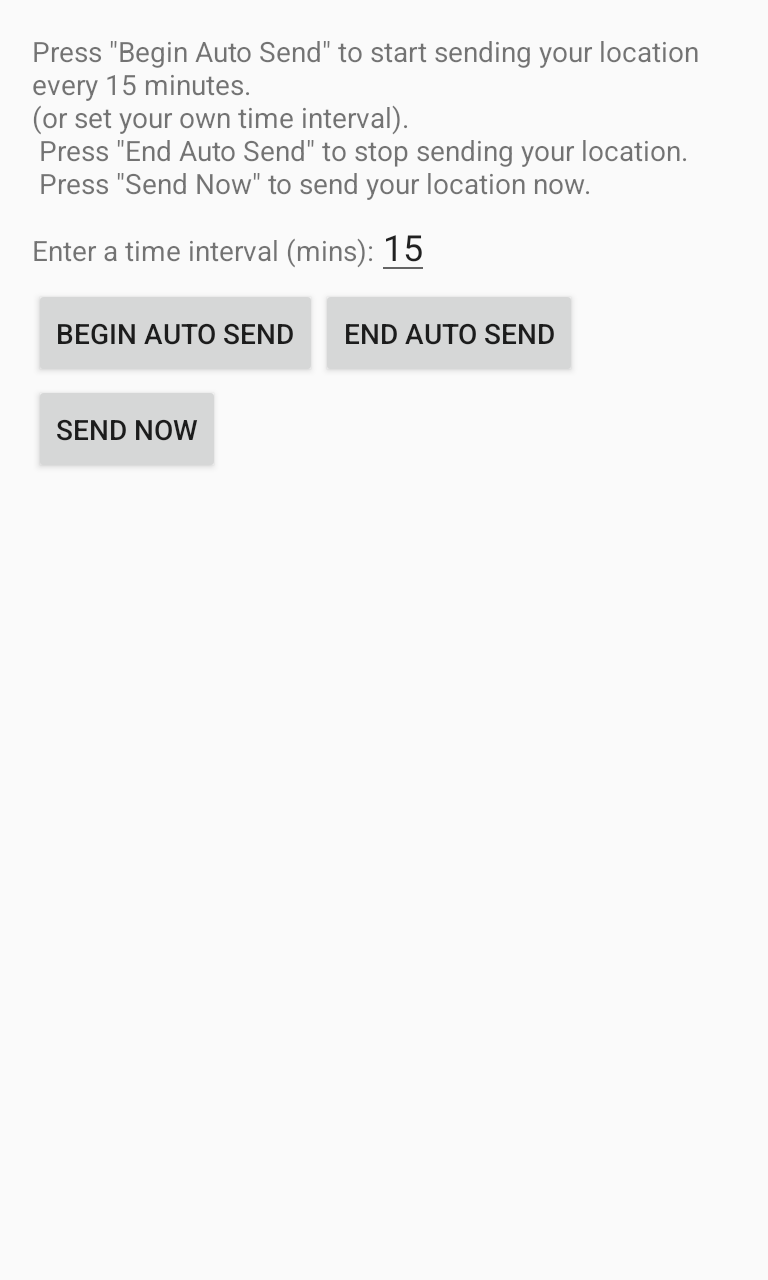
Repository: haidark/rahat
Layout: android/Rahat/res/layout/fragment_main.xml
These files come from the project's save history. The layout is drawn as it stood at one moment and after the next save; the edit follows.
It is drawn on a 768 x 1280 px phone screen (xhdpi) without system bars, with theme AppTheme; the app's code is not run.

Above is the layout before, as saved 2014-05-04 03:45:37.

After the next save:
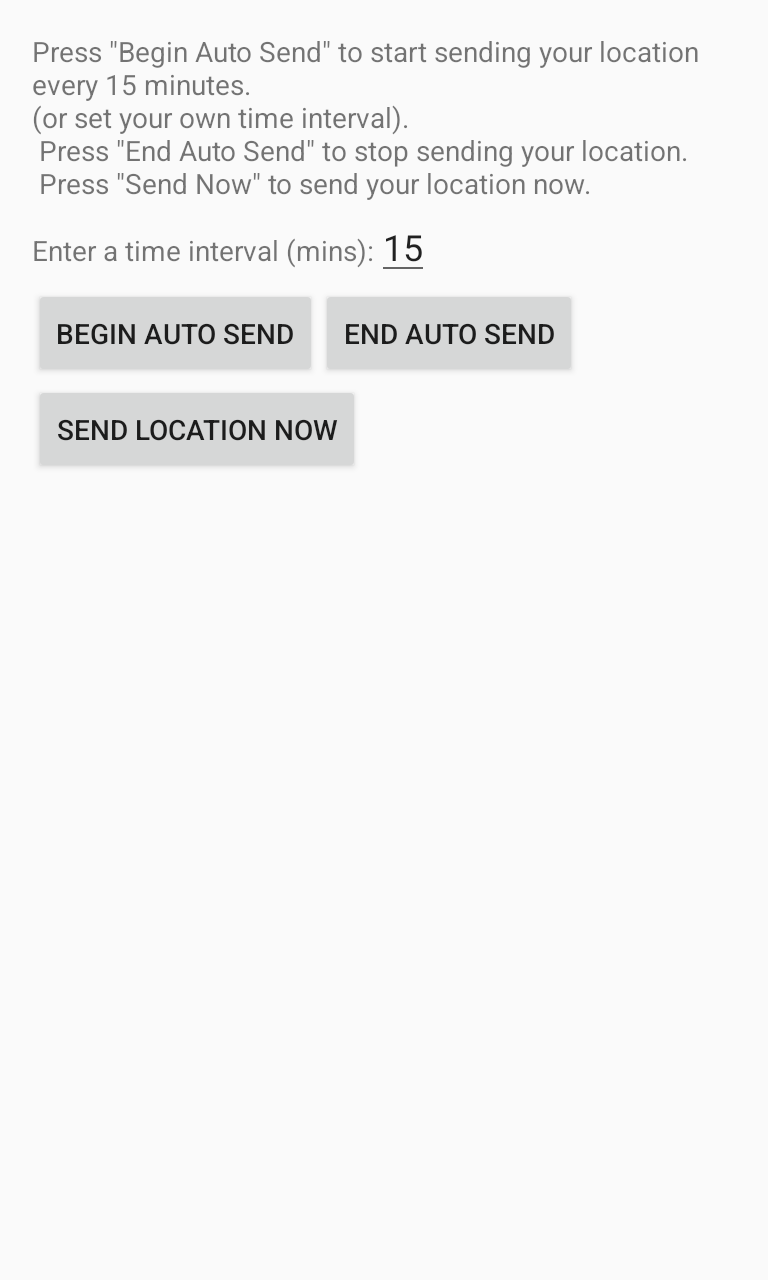
Saved 43 s later.
--- a/android/Rahat/res/values/strings.xml
+++ b/android/Rahat/res/values/strings.xml
@@ -12,7 +12,7 @@
 	    </string>
 	<string name="text_scroll"></string>
 	<string name="text_interval">Enter a time interval (mins):</string>
-	<string name="button_send">Send Now</string>
+	<string name="button_send">Send Location Now</string>
 	<string name="button_start">Begin Auto Send</string>
 	<string name="button_stop">End Auto Send</string>
 	<string name="notif_text">Auto Send service started</string>
